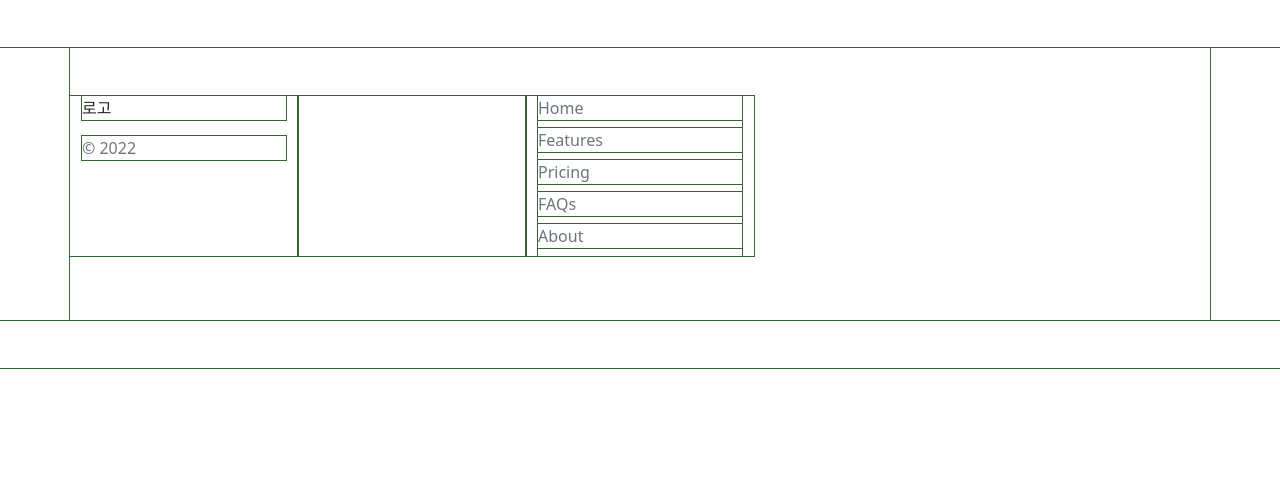
Repository: raoniee/Elice-House-Project
Page: FE/src/components/footer/footer.html
The author's editor kept a copy of each file at every save. The page is drawn from the files as they stood at one save, then again after the next save.
The browser window is 1280 px wide. The pictures show the whole page.

Above is the page before, as saved 2023-07-04 16:49:44.

### FE/src/components/footer/footer.html
<!DOCTYPE html>
<html lang="ko">
  <head>
    <meta charset="UTF-8" />
    <meta http-equiv="X-UA-Compatible" content="IE=edge" />
    <meta name="viewport" content="width=device-width, initial-scale=1.0" />
    <title>Elice-House</title>
    <link
      href="https://cdn.jsdelivr.net/npm/bootstrap@5.2.3/dist/css/bootstrap.min.css"
      rel="stylesheet"
      integrity="sha384-rbsA2VBKQhggwzxH7pPCaAqO46MgnOM80zW1RWuH61DGLwZJEdK2Kadq2F9CUG65"
      crossorigin="anonymous"
    />
    <style>
      * {
        outline: 1px solid #363;
      }
    </style>
  </head>
  <body>
    <div class="container">
      <footer class="row row-cols-1 row-cols-sm-2 row-cols-md-5 py-5 my-5">
        <div class="col mb-3">
          <a
            href="/"
            class="d-flex align-items-center mb-3 link-dark text-decoration-none"
          >
            로고
          </a>
          <p class="text-muted">&copy; 2022</p>
        </div>

        <div class="col mb-3"></div>

        <div class="col mb-3">
          <ul class="nav flex-column">
            <li class="nav-item mb-2">
              <a href="#" class="nav-link p-0 text-muted">Home</a>
            </li>
            <li class="nav-item mb-2">
              <a href="#" class="nav-link p-0 text-muted">Features</a>
            </li>
            <li class="nav-item mb-2">
              <a href="#" class="nav-link p-0 text-muted">Pricing</a>
            </li>
            <li class="nav-item mb-2">
              <a href="#" class="nav-link p-0 text-muted">FAQs</a>
            </li>
            <li class="nav-item mb-2">
              <a href="#" class="nav-link p-0 text-muted">About</a>
            </li>
          </ul>
        </div>
      </footer>
    </div>
    <script
      src="https://cdn.jsdelivr.net/npm/bootstrap@5.2.3/dist/js/bootstrap.bundle.min.js"
      integrity="sha384-kenU1KFdBIe4zVF0s0G1M5b4hcpxyD9F7jL+jjXkk+Q2h455rYXK/7HAuoJl+0I4"
      crossorigin="anonymous"
    ></script>
  </body>
</html>

After the next save:
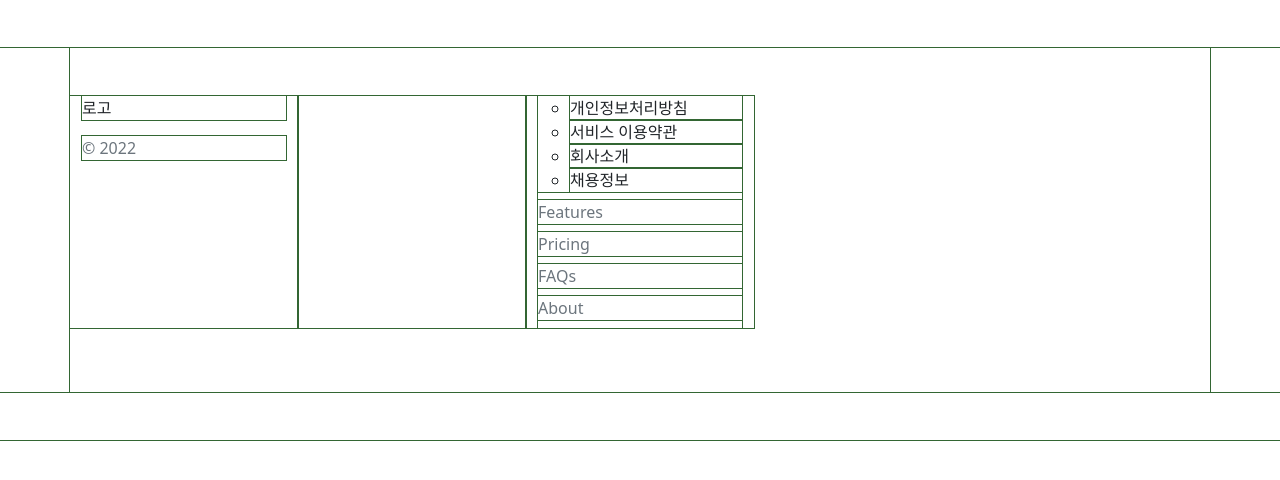
Saved 79 s later.
--- a/FE/src/components/footer/footer.html
+++ b/FE/src/components/footer/footer.html
@@ -35,7 +35,12 @@
         <div class="col mb-3">
           <ul class="nav flex-column">
             <li class="nav-item mb-2">
-              <a href="#" class="nav-link p-0 text-muted">Home</a>
+              <ul>
+                <li>개인정보처리방침</li>
+                <li>서비스 이용약관</li>
+                <li>회사소개</li>
+                <li>채용정보</li>
+              </ul>
             </li>
             <li class="nav-item mb-2">
               <a href="#" class="nav-link p-0 text-muted">Features</a>

After the save that followed:
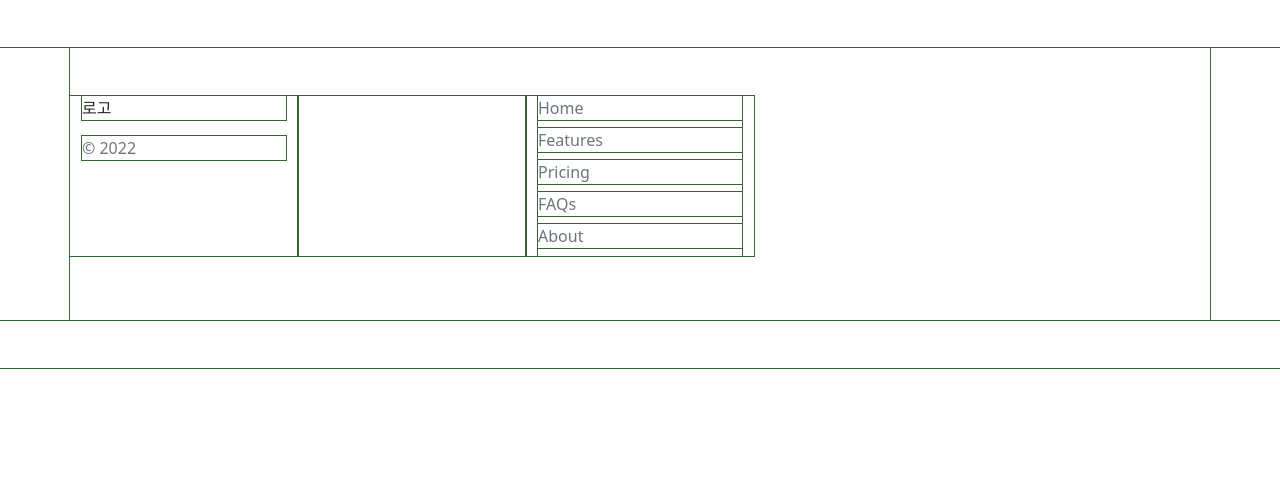
Saved 72 s later.
--- a/FE/src/components/footer/footer.html
+++ b/FE/src/components/footer/footer.html
@@ -35,12 +35,7 @@
         <div class="col mb-3">
           <ul class="nav flex-column">
             <li class="nav-item mb-2">
-              <ul>
-                <li>개인정보처리방침</li>
-                <li>서비스 이용약관</li>
-                <li>회사소개</li>
-                <li>채용정보</li>
-              </ul>
+              <a href="#" class="nav-link p-0 text-muted">Home</a>
             </li>
             <li class="nav-item mb-2">
               <a href="#" class="nav-link p-0 text-muted">Features</a>
